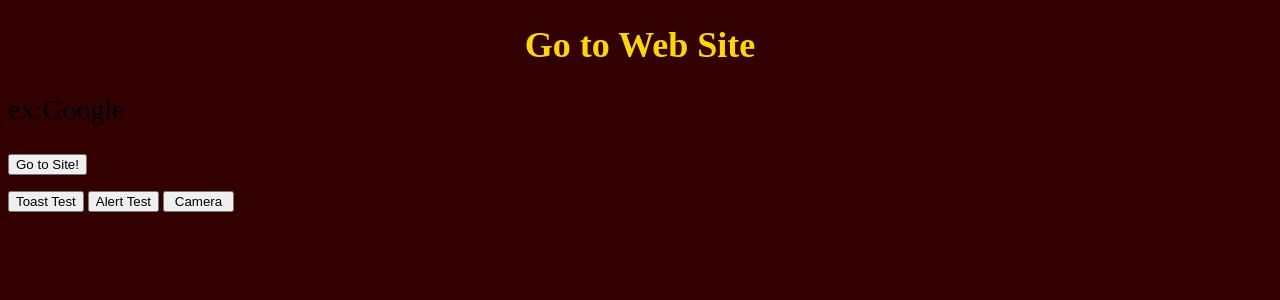
Repository: kenshiryu7/mdv-projects
Page: MDF3/project_4/Project4/assets/index.html
An editor plug-in stored every save of this project. The page is shown before and after the next save, followed by the edit.
The browser window is 1280 px wide. The pictures show the whole page.

Above is the page before, as saved 2013-02-28 19:11:13.

### MDF3/project_4/Project4/assets/index.html
<!DOCTYPE html>
<html>
	<head>
	<meta http-equiv="Content-Type" content="text/html; charset=UTF-8">

	<title>The HTML Stuff</title>
	</head>


	<body>
	<h1 id="title">Go to Web Site</h1>
	<p id="mytext">ex:Google</p>



	<input type="button" value="Go to Site!" onclick="openWeb()"/>

	<p>
	<input type="button" value="Toast Test" onclick="showAndroidToast('I just wanted to tell the world that....I Like it Toasty!!!')"/>

	<input type="button" value="Alert Test" onclick="doAlert()"/>

	<input type="button" value=" Camera " onclick="openCamera()"/>
	</p>
	</body>



		<script type="text/javascript">

			function openWeb() {
				//document.getElementById("mytext").innerHTML = actualData;
				Android.openWebSite();
			};

			function showAndroidToast(toast) {
			//document.getElementById("mytext").innerHTML = "toast";
				Android.showToast(toast);

			};

			function doAlert(){
				Android.startAlert();
			};

			function openCamera(){
				Android.openTheCamera();
			};


			function callFromActivity(message) {
				document.getElementById("mytext").innerHTML = message;
			};



		</script>
		<style type ="text/css">
			body{
				background-color:#330000}

			h1{
				font-size:225%;
				text-align:center}

			#title{
				color:#FFD700;
				font-weight:bolder}

			#mytext{
				color:#FFD700
				text-align:center;
				font-weight:lighter;
				font-size:175%}

		</style>
</html>

After the next save:
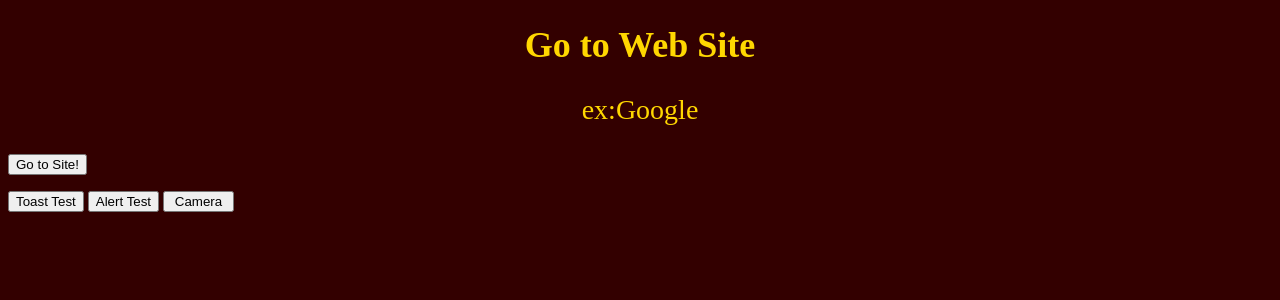
Saved 44 s later.
--- a/MDF3/project_4/Project4/assets/index.html
+++ b/MDF3/project_4/Project4/assets/index.html
@@ -68,7 +68,7 @@
 				font-weight:bolder}
 
 			#mytext{
-				color:#FFD700
+				color:#FFD700;
 				text-align:center;
 				font-weight:lighter;
 				font-size:175%}
